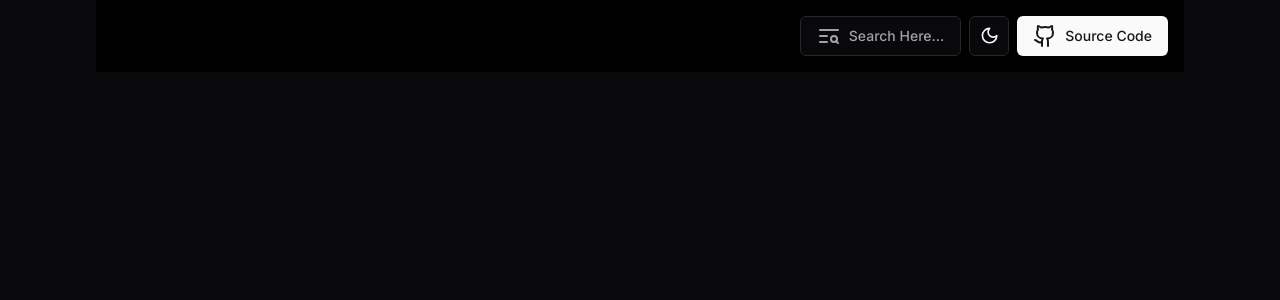
Repository: Young-Dev001/weather-app
Page: /
These files come from the project's save history. The page is drawn as it stood at one moment and after a run of saves; the edit follows.
The browser window is 1280 px wide. The pictures show the whole page.
The page's requests for data from a server got no answer. The project was rebuilt for these pictures with package versions that can differ from the ones it lists, and the page was loaded fresh each time. The framework's server and built-in components were replaced by stand-ins that run in the browser. No one was signed in, and anything a server would have sent is missing. Also part of the build but not shown: next.config.mjs, components/ui/command.tsx.

Above is the page before, as saved 2024-06-10 01:42:27.

### app/layout.tsx
import type { Metadata } from "next";
import "./globals.css";
import { Inter as FontSans } from "next/font/google";
import { ThemeProvider } from "@/providers/theme-provider";

// Assign the font loader to a constant
const inter = FontSans({
  subsets: ["latin"],
  variable: "--font-sans",
});

export const metadata: Metadata = {
  title: "Weather App",
  description: "Generated by create next app",
};

export default function RootLayout({
  children,
}: Readonly<{
  children: React.ReactNode;
}>) {
  return (
    <html lang="en">
      <body className={inter.className}>
        <ThemeProvider
          attribute="class"
          defaultTheme="dark"
          enableSystem
          disableTransitionOnChange
        >
          {children}
        </ThemeProvider>
      </body>
    </html>
  );
}

### app/page.tsx
import Navbar from "@/components/Navbar";
import Image from "next/image";

export default function Home() {
  return (
    <main className="mx-[0rem] lg:mx-[2rem] xl:mx-[6rem] 2xl:mx-[16rem] m-auto">
        <Navbar />
        <div className="pb-4 flex flex-col gap-4 md:flex-row">
        <div className="flex flex-col gap-4 w-full min-w-[18rem md:w-[35rem]">
          <div className="flex flex-col">

          </div>
        </div>
        </div>
    </main>
  );
}

### app/globals.css
@tailwind base;
  @tailwind components;
  @tailwind utilities;


  @layer base {
    :root {
      --background: 0 0% 100%;
      --foreground: 240 10% 3.9%;
      --card: 0 0% 100%;
      --card-foreground: 240 10% 3.9%;
      --popover: 0 0% 100%;
      --popover-foreground: 240 10% 3.9%;
      --primary: 240 5.9% 10%;
      --primary-foreground: 0 0% 98%;
      --secondary: 240 4.8% 95.9%;
      --secondary-foreground: 240 5.9% 10%;
      --muted: 240 4.8% 95.9%;
      --muted-foreground: 240 3.8% 46.1%;
      --accent: 240 4.8% 95.9%;
      --accent-foreground: 240 5.9% 10%;
      --destructive: 0 84.2% 60.2%;
      --destructive-foreground: 0 0% 98%;
      --border: 240 5.9% 90%;
      --input: 240 5.9% 90%;
      --ring: 240 5.9% 10%;
      --radius: 0.5rem;
    }

    .dark {
      --background: 240 10% 3.9%;
      --foreground: 0 0% 98%;
      --card: 240 10% 3.9%;
      --card-foreground: 0 0% 98%;
      --popover: 240 10% 3.9%;
      --popover-foreground: 0 0% 98%;
      --primary: 0 0% 98%;
      --primary-foreground: 240 5.9% 10%;
      --secondary: 240 3.7% 15.9%;
      --secondary-foreground: 0 0% 98%;
      --muted: 240 3.7% 15.9%;
      --muted-foreground: 240 5% 64.9%;
      --accent: 240 3.7% 15.9%;
      --accent-foreground: 0 0% 98%;
      --destructive: 0 62.8% 30.6%;
      --destructive-foreground: 0 0% 98%;
      --border: 240 3.7% 15.9%;
      --input: 240 3.7% 15.9%;
      --ring: 240 4.9% 83.9%;
    }
  }


  @layer base {
    * {
      @apply border-border;
    }
    body {
      @apply bg-background text-foreground;
    }
  }

### providers/theme-provider.tsx
"use client"

import * as React from "react"
import { ThemeProvider as NextThemesProvider } from "next-themes"
import { type ThemeProviderProps } from "next-themes/dist/types"
import { GlobalContextProvider } from "@/app/context/globalContext"

export function ThemeProvider({ children, ...props }: ThemeProviderProps) {
  return (
    <NextThemesProvider {...props}>
    <GlobalContextProvider>{children}</GlobalContextProvider>
  </NextThemesProvider>
  );
}

### components/Navbar.tsx
"use client";

import React from 'react';
import { useRouter } from 'next/navigation';
import { github } from '@/app/utils/icons';
import { Button } from './ui/button';
import ThemeDropDown from './ThemeDropDown';
import SearchDialog from './SearchDialog';
import { useGlobalContext } from '@/app/context/globalContext';

function Navbar() {
  const router = useRouter();
  const contextState = useGlobalContext();
  console.log(contextState);

  return (
    <div className="bg-white border-gray-200 dark:bg-black flex items-center justify-between p-4">
      <div className="left">
        {/* Optionally add content here */}
      </div>
      <div className="search-container flex gap-2 ml-auto items-center">
        <SearchDialog />
        <div className="btn-group flex items-center gap-2">
          <ThemeDropDown />
          <Button
            type="button"
            className="source-code flex items-center gap-2"
            onClick={() => router.push("/github")}
          >
            {github} Source Code
          </Button>
        </div>
      </div>
    </div>
  );
}

export default Navbar;

### app/context/globalContext.js
"use client";

import axios from "axios";
import React, { useContext, createContext, useState, useEffect } from "react";

const GlobalContext = createContext();
const GlobalContextUpdate = createContext();

export const GlobalContextProvider = ({ children }) => {
    const [forecast, setForecast] = useState({});

    const fetchForecast = async () => {
        try {
            const res = await axios.get("api/weather");

            setForecast(res.data);

        } catch (error) {
            console.log("Error fetching forecast data: ", error.message);
        }
    };

    useEffect(() => {
        fetchForecast();
    }, []);

    return (
        <GlobalContext.Provider value={{ forecast }}>
            <GlobalContextUpdate.Provider>{children}</GlobalContextUpdate.Provider>
        </GlobalContext.Provider>
    );
};

export const useGlobalContext = () => useContext(GlobalContext);

export const useGlobalContextUpdate = () => useContext(GlobalContextUpdate);

### app/utils/icons.tsx
import { Github, Sun } from "lucide-react";





export const github = <Github />;
export const sun = <Sun />

### components/ui/button.tsx
import * as React from "react"
import { Slot } from "@radix-ui/react-slot"
import { cva, type VariantProps } from "class-variance-authority"

import { cn } from "@/lib/utils"

const buttonVariants = cva(
  "inline-flex items-center justify-center whitespace-nowrap rounded-md text-sm font-medium ring-offset-background transition-colors focus-visible:outline-none focus-visible:ring-2 focus-visible:ring-ring focus-visible:ring-offset-2 disabled:pointer-events-none disabled:opacity-50",
  {
    variants: {
      variant: {
        default: "bg-primary text-primary-foreground hover:bg-primary/90",
        destructive:
          "bg-destructive text-destructive-foreground hover:bg-destructive/90",
        outline:
          "border border-input bg-background hover:bg-accent hover:text-accent-foreground",
        secondary:
          "bg-secondary text-secondary-foreground hover:bg-secondary/80",
        ghost: "hover:bg-accent hover:text-accent-foreground",
        link: "text-primary underline-offset-4 hover:underline",
      },
      size: {
        default: "h-10 px-4 py-2",
        sm: "h-9 rounded-md px-3",
        lg: "h-11 rounded-md px-8",
        icon: "h-10 w-10",
      },
    },
    defaultVariants: {
      variant: "default",
      size: "default",
    },
  }
)

export interface ButtonProps
  extends React.ButtonHTMLAttributes<HTMLButtonElement>,
    VariantProps<typeof buttonVariants> {
  asChild?: boolean
}

const Button = React.forwardRef<HTMLButtonElement, ButtonProps>(
  ({ className, variant, size, asChild = false, ...props }, ref) => {
    const Comp = asChild ? Slot : "button"
    return (
      <Comp
        className={cn(buttonVariants({ variant, size, className }))}
        ref={ref}
        {...props}
      />
    )
  }
)
Button.displayName = "Button"

export { Button, buttonVariants }

### components/ThemeDropDown.tsx
"use client"

import * as React from "react"
import { Moon, Sun } from "lucide-react"
import { useTheme } from "next-themes"

import { Button } from "@/components/ui/button"
import {
  DropdownMenu,
  DropdownMenuContent,
  DropdownMenuItem,
  DropdownMenuTrigger,
} from "@/components/ui/dropdown-menu"


function ThemeDropDown() {
    const { setTheme } = useTheme()
  return (
    <DropdownMenu>
      <DropdownMenuTrigger asChild>
        <Button variant="outline" size="icon">
          <Sun className="h-[1.2rem] w-[1.2rem] rotate-0 scale-100 transition-all dark:-rotate-90 dark:scale-0" />
          <Moon className="absolute h-[1.2rem] w-[1.2rem] rotate-90 scale-0 transition-all dark:rotate-0 dark:scale-100" />
          <span className="sr-only">Toggle theme</span>
        </Button>
      </DropdownMenuTrigger>
      <DropdownMenuContent align="end">
        <DropdownMenuItem onClick={() => setTheme("light")}>
          Light
        </DropdownMenuItem>
        <DropdownMenuItem onClick={() => setTheme("dark")}>
          Dark
        </DropdownMenuItem>
        <DropdownMenuItem onClick={() => setTheme("system")}>
          System
        </DropdownMenuItem>
      </DropdownMenuContent>
    </DropdownMenu>
  )
}

export default ThemeDropDown

### components/SearchDialog.tsx
import {
    Dialog,
    DialogContent,
    DialogDescription,
    DialogHeader,
    DialogTitle,
    DialogTrigger,
  } from "@/components/ui/dialog"

  import {
    Command,
    CommandDialog,
    CommandEmpty,
    CommandGroup,
    CommandInput,
    CommandItem,
    CommandList,
    CommandSeparator,
    CommandShortcut,
  } from "@/components/ui/command"
import { Button } from "./ui/button"
import { TextSearch } from "lucide-react"




function SearchDialog() {
  return (
<Dialog>
  <DialogTrigger asChild>
  <Button
          variant="outline"
          className="border inline-flex items-center justify-center text-sm font-medium ease-in-out duration-200 hover:bg-slate-100 dark:hover:bg-[#0b0b0b]"
        >
          <TextSearch className="mr-2 text-muted-foreground" />  {/* Add the search icon */}
          <p className="text-sm text-muted-foreground">Search Here...</p>
        </Button>

  </DialogTrigger>
  <DialogContent className="p-0">
    <Command>
    <CommandInput placeholder="Type a command or search..." />
    <CommandList>
        <CommandEmpty>No results found.</CommandEmpty>
        <CommandGroup heading="Suggestions">
        <CommandItem>Calendar</CommandItem>
        <CommandItem>Search Emoji</CommandItem>
        <CommandItem>Calculator</CommandItem>
        </CommandGroup>
    </CommandList>
    </Command>
  </DialogContent>

</Dialog>

  )
}

export default SearchDialog

### components/ui/dropdown-menu.tsx
"use client"

import * as React from "react"
import * as DropdownMenuPrimitive from "@radix-ui/react-dropdown-menu"
import { Check, ChevronRight, Circle } from "lucide-react"

import { cn } from "@/lib/utils"

const DropdownMenu = DropdownMenuPrimitive.Root

const DropdownMenuTrigger = DropdownMenuPrimitive.Trigger

const DropdownMenuGroup = DropdownMenuPrimitive.Group

const DropdownMenuPortal = DropdownMenuPrimitive.Portal

const DropdownMenuSub = DropdownMenuPrimitive.Sub

const DropdownMenuRadioGroup = DropdownMenuPrimitive.RadioGroup

const DropdownMenuSubTrigger = React.forwardRef<
  React.ElementRef<typeof DropdownMenuPrimitive.SubTrigger>,
  React.ComponentPropsWithoutRef<typeof DropdownMenuPrimitive.SubTrigger> & {
    inset?: boolean
  }
>(({ className, inset, children, ...props }, ref) => (
  <DropdownMenuPrimitive.SubTrigger
    ref={ref}
    className={cn(
      "flex cursor-default select-none items-center rounded-sm px-2 py-1.5 text-sm outline-none focus:bg-accent data-[state=open]:bg-accent",
      inset && "pl-8",
      className
    )}
    {...props}
  >
    {children}
    <ChevronRight className="ml-auto h-4 w-4" />
  </DropdownMenuPrimitive.SubTrigger>
))
DropdownMenuSubTrigger.displayName =
  DropdownMenuPrimitive.SubTrigger.displayName

const DropdownMenuSubContent = React.forwardRef<
  React.ElementRef<typeof DropdownMenuPrimitive.SubContent>,
  React.ComponentPropsWithoutRef<typeof DropdownMenuPrimitive.SubContent>
>(({ className, ...props }, ref) => (
  <DropdownMenuPrimitive.SubContent
    ref={ref}
    className={cn(
      "z-50 min-w-[8rem] overflow-hidden rounded-md border bg-popover p-1 text-popover-foreground shadow-lg data-[state=open]:animate-in data-[state=closed]:animate-out data-[state=closed]:fade-out-0 data-[state=open]:fade-in-0 data-[state=closed]:zoom-out-95 data-[state=open]:zoom-in-95 data-[side=bottom]:slide-in-from-top-2 data-[side=left]:slide-in-from-right-2 data-[side=right]:slide-in-from-left-2 data-[side=top]:slide-in-from-bottom-2",
      className
    )}
    {...props}
  />
))
DropdownMenuSubContent.displayName =
  DropdownMenuPrimitive.SubContent.displayName

const DropdownMenuContent = React.forwardRef<
  React.ElementRef<typeof DropdownMenuPrimitive.Content>,
  React.ComponentPropsWithoutRef<typeof DropdownMenuPrimitive.Content>
>(({ className, sideOffset = 4, ...props }, ref) => (
  <DropdownMenuPrimitive.Portal>
    <DropdownMenuPrimitive.Content
      ref={ref}
      sideOffset={sideOffset}
      className={cn(
        "z-50 min-w-[8rem] overflow-hidden rounded-md border bg-popover p-1 text-popover-foreground shadow-md data-[state=open]:animate-in data-[state=closed]:animate-out data-[state=closed]:fade-out-0 data-[state=open]:fade-in-0 data-[state=closed]:zoom-out-95 data-[state=open]:zoom-in-95 data-[side=bottom]:slide-in-from-top-2 data-[side=left]:slide-in-from-right-2 data-[side=right]:slide-in-from-left-2 data-[side=top]:slide-in-from-bottom-2",
        className
      )}
      {...props}
    />
  </DropdownMenuPrimitive.Portal>
))
DropdownMenuContent.displayName = DropdownMenuPrimitive.Content.displayName

const DropdownMenuItem = React.forwardRef<
  React.ElementRef<typeof DropdownMenuPrimitive.Item>,
  React.ComponentPropsWithoutRef<typeof DropdownMenuPrimitive.Item> & {
    inset?: boolean
  }
>(({ className, inset, ...props }, ref) => (
  <DropdownMenuPrimitive.Item
    ref={ref}
    className={cn(
      "relative flex cursor-default select-none items-center rounded-sm px-2 py-1.5 text-sm outline-none transition-colors focus:bg-accent focus:text-accent-foreground data-[disabled]:pointer-events-none data-[disabled]:opacity-50",
      inset && "pl-8",
      className
    )}
    {...props}
  />
))
DropdownMenuItem.displayName = DropdownMenuPrimitive.Item.displayName

const DropdownMenuCheckboxItem = React.forwardRef<
  React.ElementRef<typeof DropdownMenuPrimitive.CheckboxItem>,
  React.ComponentPropsWithoutRef<typeof DropdownMenuPrimitive.CheckboxItem>
>(({ className, children, checked, ...props }, ref) => (
  <DropdownMenuPrimitive.CheckboxItem
    ref={ref}
    className={cn(
      "relative flex cursor-default select-none items-center rounded-sm py-1.5 pl-8 pr-2 text-sm outline-none transition-colors focus:bg-accent focus:text-accent-foreground data-[disabled]:pointer-events-none data-[disabled]:opacity-50",
      className
    )}
    checked={checked}
    {...props}
  >
    <span className="absolute left-2 flex h-3.5 w-3.5 items-center justify-center">
      <DropdownMenuPrimitive.ItemIndicator>
        <Check className="h-4 w-4" />
      </DropdownMenuPrimitive.ItemIndicator>
    </span>
    {children}
  </DropdownMenuPrimitive.CheckboxItem>
))
DropdownMenuCheckboxItem.displayName =
  DropdownMenuPrimitive.CheckboxItem.displayName

const DropdownMenuRadioItem = React.forwardRef<
  React.ElementRef<typeof DropdownMenuPrimitive.RadioItem>,
  React.ComponentPropsWithoutRef<typeof DropdownMenuPrimitive.RadioItem>
>(({ className, children, ...props }, ref) => (
  <DropdownMenuPrimitive.RadioItem
    ref={ref}
    className={cn(
      "relative flex cursor-default select-none items-center rounded-sm py-1.5 pl-8 pr-2 text-sm outline-none transition-colors focus:bg-accent focus:text-accent-foreground data-[disabled]:pointer-events-none data-[disabled]:opacity-50",
      className
    )}
    {...props}
  >
    <span className="absolute left-2 flex h-3.5 w-3.5 items-center justify-center">
      <DropdownMenuPrimitive.ItemIndicator>
        <Circle className="h-2 w-2 fill-current" />
      </DropdownMenuPrimitive.ItemIndicator>
    </span>
    {children}
  </DropdownMenuPrimitive.RadioItem>
))
DropdownMenuRadioItem.displayName = DropdownMenuPrimitive.RadioItem.displayName

const DropdownMenuLabel = React.forwardRef<
  React.ElementRef<typeof DropdownMenuPrimitive.Label>,
  React.ComponentPropsWithoutRef<typeof DropdownMenuPrimitive.Label> & {
    inset?: boolean
  }
>(({ className, inset, ...props }, ref) => (
  <DropdownMenuPrimitive.Label
    ref={ref}
    className={cn(
      "px-2 py-1.5 text-sm font-semibold",
      inset && "pl-8",
      className
    )}
    {...props}
  />
))
DropdownMenuLabel.displayName = DropdownMenuPrimitive.Label.displayName

const DropdownMenuSeparator = React.forwardRef<
  React.ElementRef<typeof DropdownMenuPrimitive.Separator>,
  React.ComponentPropsWithoutRef<typeof DropdownMenuPrimitive.Separator>
>(({ className, ...props }, ref) => (
  <DropdownMenuPrimitive.Separator
    ref={ref}
    className={cn("-mx-1 my-1 h-px bg-muted", className)}
    {...props}
  />
))
DropdownMenuSeparator.displayName = DropdownMenuPrimitive.Separator.displayName

const DropdownMenuShortcut = ({
  className,
  ...props
}: React.HTMLAttributes<HTMLSpanElement>) => {
  return (
    <span
      className={cn("ml-auto text-xs tracking-widest opacity-60", className)}
      {...props}
    />
  )
}
DropdownMenuShortcut.displayName = "DropdownMenuShortcut"

export {
  DropdownMenu,
  DropdownMenuTrigger,
  DropdownMenuContent,
  DropdownMenuItem,
  DropdownMenuCheckboxItem,
  DropdownMenuRadioItem,
  DropdownMenuLabel,
  DropdownMenuSeparator,
  DropdownMenuShortcut,
  DropdownMenuGroup,
  DropdownMenuPortal,
  DropdownMenuSub,
  DropdownMenuSubContent,
  DropdownMenuSubTrigger,
  DropdownMenuRadioGroup,
}

### components/ui/dialog.tsx
"use client"

import * as React from "react"
import * as DialogPrimitive from "@radix-ui/react-dialog"
import { X } from "lucide-react"

import { cn } from "@/lib/utils"

const Dialog = DialogPrimitive.Root

const DialogTrigger = DialogPrimitive.Trigger

const DialogPortal = DialogPrimitive.Portal

const DialogClose = DialogPrimitive.Close

const DialogOverlay = React.forwardRef<
  React.ElementRef<typeof DialogPrimitive.Overlay>,
  React.ComponentPropsWithoutRef<typeof DialogPrimitive.Overlay>
>(({ className, ...props }, ref) => (
  <DialogPrimitive.Overlay
    ref={ref}
    className={cn(
      "fixed inset-0 z-50 bg-black/80  data-[state=open]:animate-in data-[state=closed]:animate-out data-[state=closed]:fade-out-0 data-[state=open]:fade-in-0",
      className
    )}
    {...props}
  />
))
DialogOverlay.displayName = DialogPrimitive.Overlay.displayName

const DialogContent = React.forwardRef<
  React.ElementRef<typeof DialogPrimitive.Content>,
  React.ComponentPropsWithoutRef<typeof DialogPrimitive.Content>
>(({ className, children, ...props }, ref) => (
  <DialogPortal>
    <DialogOverlay />
    <DialogPrimitive.Content
      ref={ref}
      className={cn(
        "fixed left-[50%] top-[50%] z-50 grid w-full max-w-lg translate-x-[-50%] translate-y-[-50%] gap-4 border bg-background p-6 shadow-lg duration-200 data-[state=open]:animate-in data-[state=closed]:animate-out data-[state=closed]:fade-out-0 data-[state=open]:fade-in-0 data-[state=closed]:zoom-out-95 data-[state=open]:zoom-in-95 data-[state=closed]:slide-out-to-left-1/2 data-[state=closed]:slide-out-to-top-[48%] data-[state=open]:slide-in-from-left-1/2 data-[state=open]:slide-in-from-top-[48%] sm:rounded-lg",
        className
      )}
      {...props}
    >
      {children}
      <DialogPrimitive.Close className="absolute right-4 top-4 rounded-sm opacity-70 ring-offset-background transition-opacity hover:opacity-100 focus:outline-none focus:ring-2 focus:ring-ring focus:ring-offset-2 disabled:pointer-events-none data-[state=open]:bg-accent data-[state=open]:text-muted-foreground">
        <X className="h-4 w-4" />
        <span className="sr-only">Close</span>
      </DialogPrimitive.Close>
    </DialogPrimitive.Content>
  </DialogPortal>
))
DialogContent.displayName = DialogPrimitive.Content.displayName

const DialogHeader = ({
  className,
  ...props
}: React.HTMLAttributes<HTMLDivElement>) => (
  <div
    className={cn(
      "flex flex-col space-y-1.5 text-center sm:text-left",
      className
    )}
    {...props}
  />
)
DialogHeader.displayName = "DialogHeader"

const DialogFooter = ({
  className,
  ...props
}: React.HTMLAttributes<HTMLDivElement>) => (
  <div
    className={cn(
      "flex flex-col-reverse sm:flex-row sm:justify-end sm:space-x-2",
      className
    )}
    {...props}
  />
)
DialogFooter.displayName = "DialogFooter"

const DialogTitle = React.forwardRef<
  React.ElementRef<typeof DialogPrimitive.Title>,
  React.ComponentPropsWithoutRef<typeof DialogPrimitive.Title>
>(({ className, ...props }, ref) => (
  <DialogPrimitive.Title
    ref={ref}
    className={cn(
      "text-lg font-semibold leading-none tracking-tight",
      className
    )}
    {...props}
  />
))
DialogTitle.displayName = DialogPrimitive.Title.displayName

const DialogDescription = React.forwardRef<
  React.ElementRef<typeof DialogPrimitive.Description>,
  React.ComponentPropsWithoutRef<typeof DialogPrimitive.Description>
>(({ className, ...props }, ref) => (
  <DialogPrimitive.Description
    ref={ref}
    className={cn("text-sm text-muted-foreground", className)}
    {...props}
  />
))
DialogDescription.displayName = DialogPrimitive.Description.displayName

export {
  Dialog,
  DialogPortal,
  DialogOverlay,
  DialogClose,
  DialogTrigger,
  DialogContent,
  DialogHeader,
  DialogFooter,
  DialogTitle,
  DialogDescription,
}

### tailwind.config.ts
/**
 * @type {import('@types/tailwindcss/tailwind-config').TailwindConfig}
 */

import type { Config } from "tailwindcss"
const { fontFamily } = require("tailwindcss/defaultTheme")

const config = {
  darkMode: ["class"],
  content: [
    './pages/**/*.{ts,tsx}',
    './components/**/*.{ts,tsx}',
    './app/**/*.{ts,tsx}',
    './src/**/*.{ts,tsx}',
    "./public/**/*.html",
	],
  prefix: "",
  plugins: [
    require("flowbite/plugin")
  ],
  theme: {
    container: {
      center: true,
      padding: "2rem",
      screens: {
        "2xl": "1400px",
      },
    },
    extend: {
      fontFamily: {
        sans: ["var(--font-sans)", ...fontFamily.sans],
      },
      colors: {
        border: "hsl(var(--border))",
        input: "hsl(var(--input))",
        ring: "hsl(var(--ring))",
        background: "hsl(var(--background))",
        foreground: "hsl(var(--foreground))",
        primary: {
          DEFAULT: "hsl(var(--primary))",
          foreground: "hsl(var(--primary-foreground))",
        },
        secondary: {
          DEFAULT: "hsl(var(--secondary))",
          foreground: "hsl(var(--secondary-foreground))",
        },
        destructive: {
          DEFAULT: "hsl(var(--destructive))",
          foreground: "hsl(var(--destructive-foreground))",
        },
        muted: {
          DEFAULT: "hsl(var(--muted))",
          foreground: "hsl(var(--muted-foreground))",
        },
        accent: {
          DEFAULT: "hsl(var(--accent))",
          foreground: "hsl(var(--accent-foreground))",
        },
        popover: {
          DEFAULT: "hsl(var(--popover))",
          foreground: "hsl(var(--popover-foreground))",
        },
        card: {
          DEFAULT: "hsl(var(--card))",
          foreground: "hsl(var(--card-foreground))",
        },
      },
      borderRadius: {
        lg: "var(--radius)",
        md: "calc(var(--radius) - 2px)",
        sm: "calc(var(--radius) - 4px)",
      },
      keyframes: {
        "accordion-down": {
          from: { height: "0" },
          to: { height: "var(--radix-accordion-content-height)" },
        },
        "accordion-up": {
          from: { height: "var(--radix-accordion-content-height)" },
          to: { height: "0" },
        },
      },
      animation: {
        "accordion-down": "accordion-down 0.2s ease-out",
        "accordion-up": "accordion-up 0.2s ease-out",
      },
    },
  },
  plugins: [require("tailwindcss-animate")],
} satisfies Config

export default config

### app/temperature/temperature.tsx
import React from 'react'

export default function temperature() {
  return (
    <div>
      Temperature
    </div>
  )
}

Loaded but not shown: lib/utils.ts (common file)

After the next 3 saves:
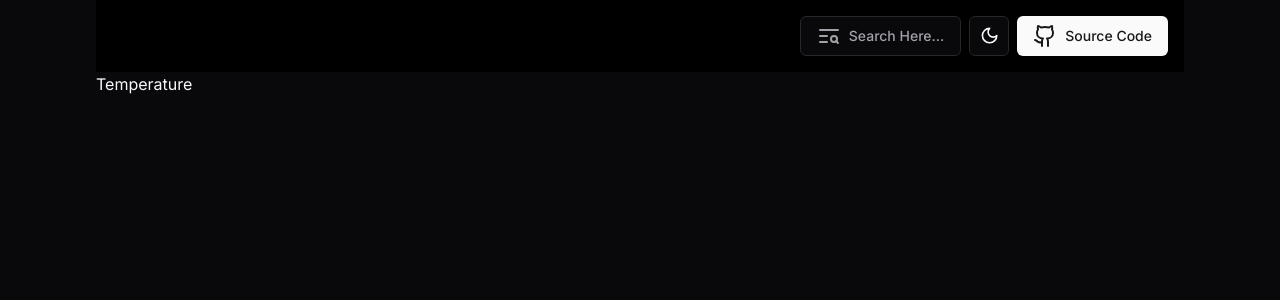
The 3 saves are shown as one change because 2 did not build or start.
The last was saved 40 s later.
--- a/app/page.tsx
+++ b/app/page.tsx
@@ -1,5 +1,6 @@
 import Navbar from "@/components/Navbar";
 import Image from "next/image";
+import Temperature from "./temperature/temperature";
 
 export default function Home() {
   return (
@@ -7,10 +8,9 @@ export default function Home() {
         <Navbar />
         <div className="pb-4 flex flex-col gap-4 md:flex-row">
         <div className="flex flex-col gap-4 w-full min-w-[18rem md:w-[35rem]">
-          <div className="flex flex-col">
-
-          </div>
+          <Temperature />
         </div>
+          <div className="flex flex-col"> </div>
         </div>
     </main>
   );
--- a/app/temperature/temperature.tsx
+++ b/app/temperature/temperature.tsx
@@ -1,6 +1,6 @@
 import React from 'react'
 
-export default function temperature() {
+export default function Temperature() {
   return (
     <div>
       Temperature
